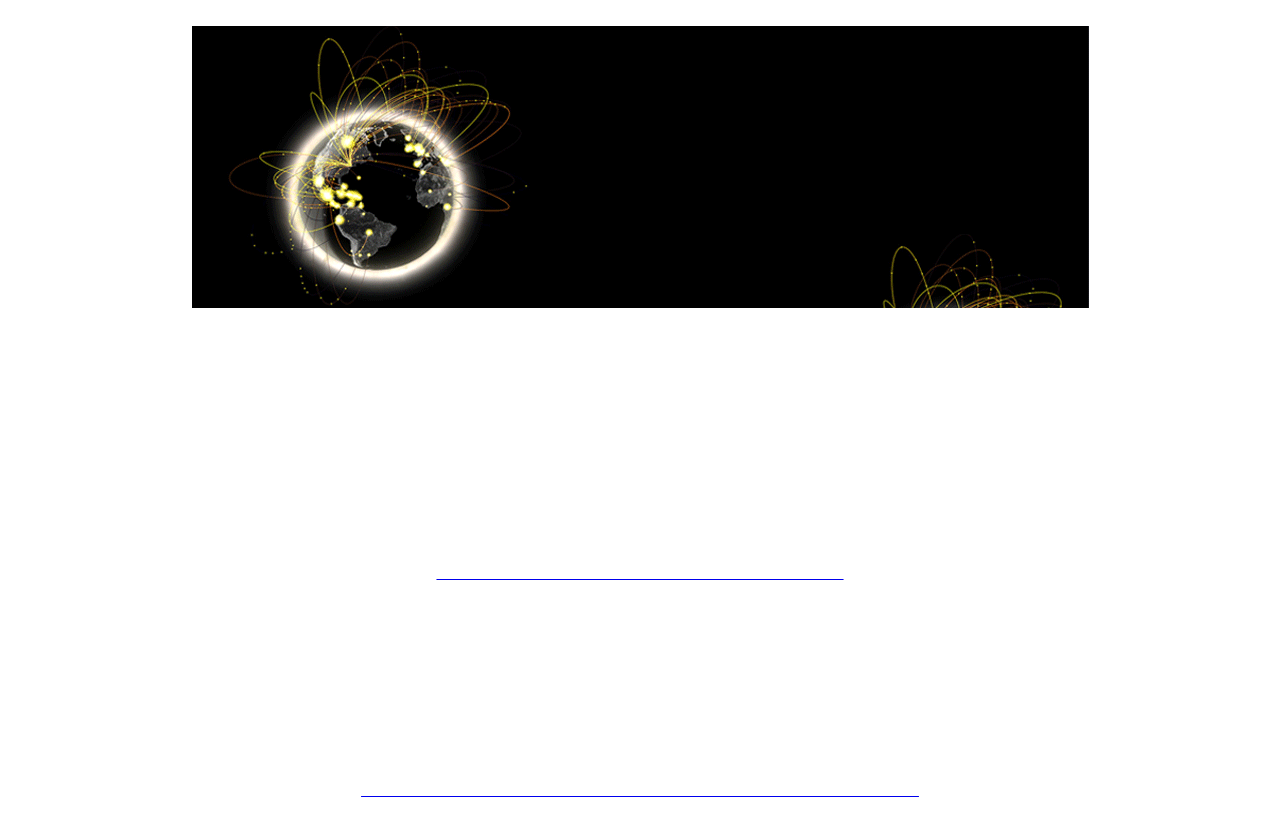
Repository: subhamsourabh265/collegeProjects
Page: OnlineBankingSystems/WebContent/homepage.html
The author's editor kept a copy of each file at every save. The page is drawn from the files as they stood at one save, then again after the next save.
The browser window is 1280 px wide. The pictures show the whole page.

Above is the page before, as saved 2015-11-30 09:36:39.

### OnlineBankingSystems/WebContent/homepage.html
<!DOCTYPE html>
<html>
<head>
<meta charset="ISO-8859-1">
<title>Authorisation Page</title>
</head>
<body><br>
<font color="blue" size = 5>
<center>
<img src = "images/globe_03.gif" ></img>
<marquee><img src = "images/techno1.jpg"   width = 1000  height = 100></img></marquee>
</font>
<br><br><br><br><br><br><br>
<a  href =  "index.html" > <font size=10 color = "white">ENTER   THE   BANK </a></font>
<br><br><br><br><br><br><br><br><br><br>
<a href = "mylogin.html" ><font size=10 color = "white">ADMINISTRATORS  AREA</a></font>
</center>
</body>
</html>

After the next save:
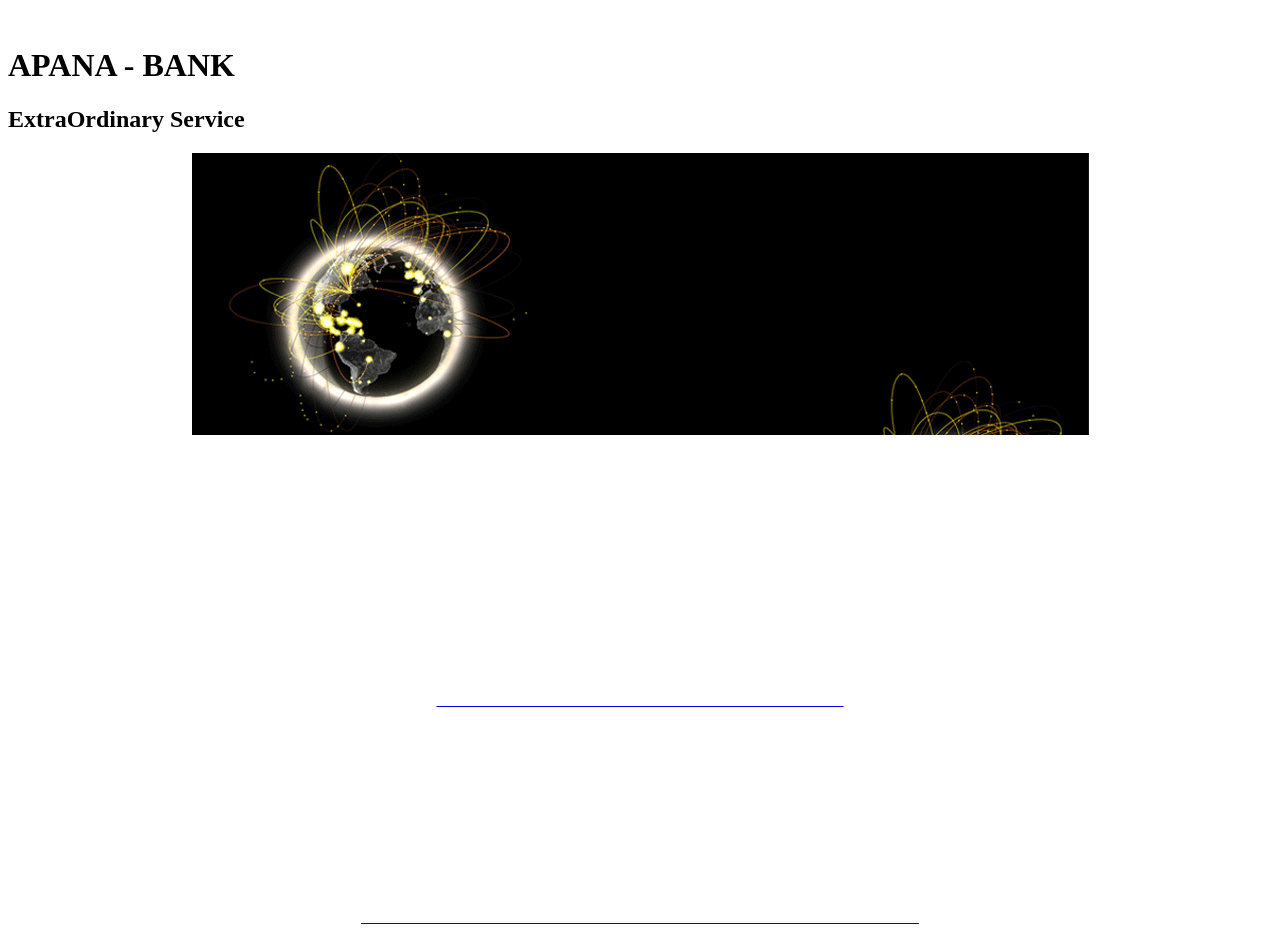
Saved 96 s later.
--- a/OnlineBankingSystems/WebContent/homepage.html
+++ b/OnlineBankingSystems/WebContent/homepage.html
@@ -5,6 +5,15 @@
 <title>Authorisation Page</title>
 </head>
 <body><br>
+<div id="top_links">
+
+
+<div id="header">
+	<h1>APANA - BANK<span class="style1"></span></h1>
+    <h2>ExtraOrdinary Service</h2>
+
+</div>
+
 <font color="blue" size = 5>
 <center>
 <img src = "images/globe_03.gif" ></img>
